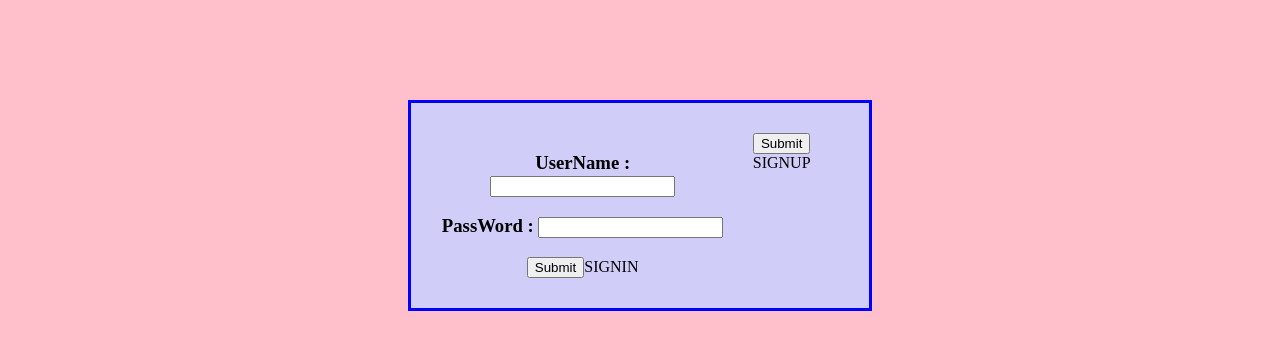
Repository: Vamsigundubogula/E-Commerce-Website
Page: http://localhost/E-commerce-website/login.jsp
The author's editor kept a copy of each file at every save. The page is drawn from the files as they stood at one save, then again after the next save.
The browser window is 1280 px wide. The pictures show the whole page.
The page is served by Tomcat 9.

Above is the page before, as saved 2023-09-11 16:30:25.

After the next save:
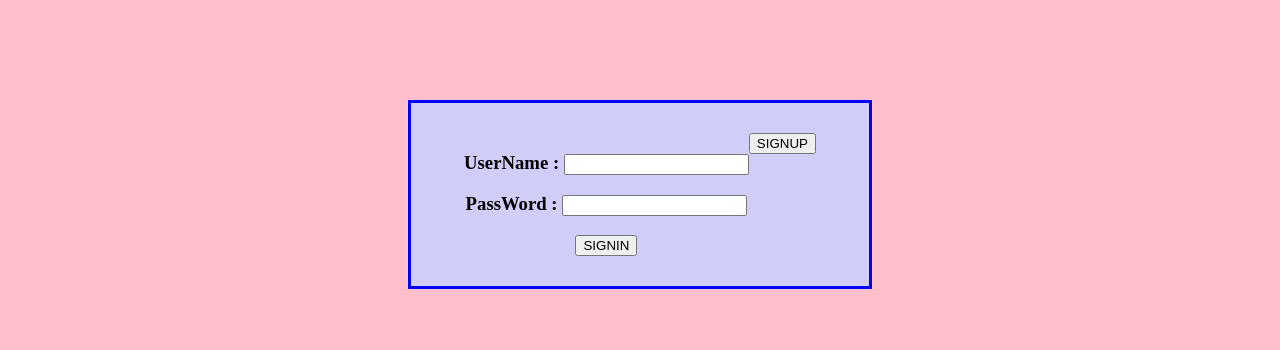
Saved 23 s later.
--- a/E-commerce-website/WebContent/login.jsp
+++ b/E-commerce-website/WebContent/login.jsp
@@ -21,8 +21,10 @@
     <form action="login" method="post" align="center">
     <h3>UserName : <input type="text" name="uname"></h3>
     <h3>PassWord : <input type="password" name="pass"></h3>
-    <form action="login" align="left-corner"><input type="submit">SIGNIN</button></form>
-    <form action="signup.jsp" align="center"><input type="submit">SIGNUP</button></form>
+    <form action="login" align="left"><button type="submit">SIGNIN</button></form>
+    <form action="signup.jsp" align="right"><button type="submit">SIGNUP</button></form>
+
+
 
     </form>
 
